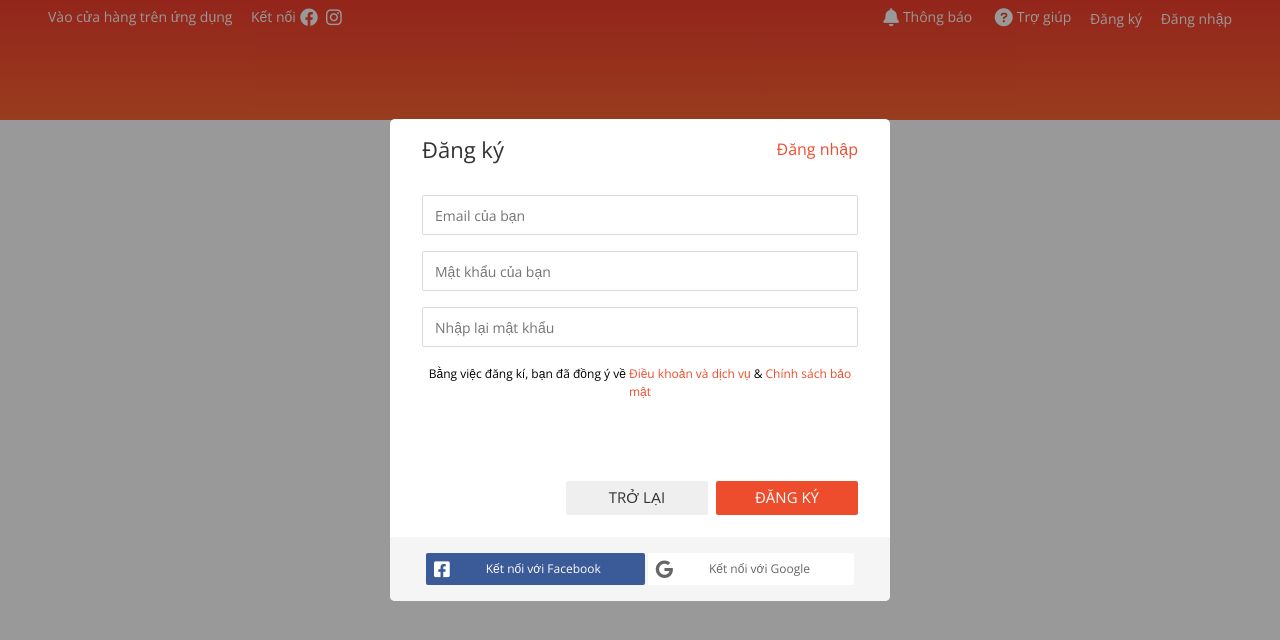
Repository: trongtamdev/Clone-Shopee-Page
Page: index.html
These files come from the project's save history. The page is drawn as it stood at one moment and after a run of saves; the edit follows.
The browser window is 1280 px wide. The pictures show the whole page.

Above is the page before, as saved 2022-07-08 22:22:40.

After the next 2 saves:
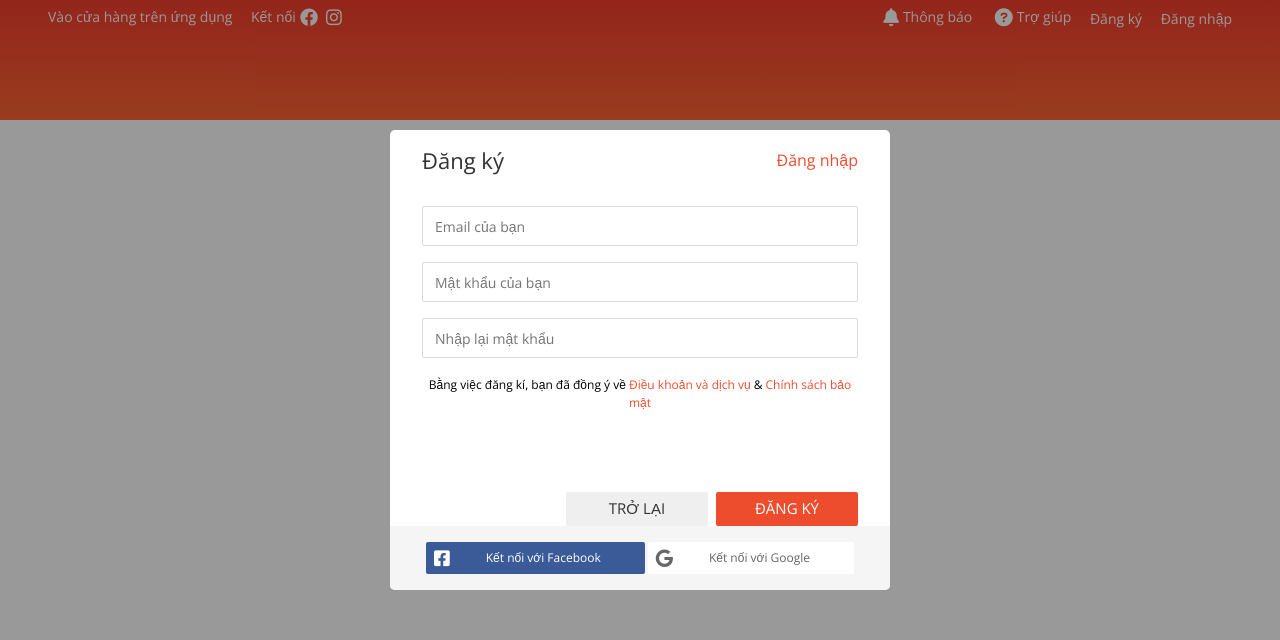
The 2 saves are shown as one change because they came seconds apart.
The last was saved 8 s later.
--- a/assets/css/main.css
+++ b/assets/css/main.css
@@ -195,7 +195,7 @@
     padding: 16px 36px;
     display: flex;
     justify-content: space-between;
-    margin-top: 22px;
+    margin-top: 0px;
 }
 
 .auth-form__socials-icon {

After the save that followed:
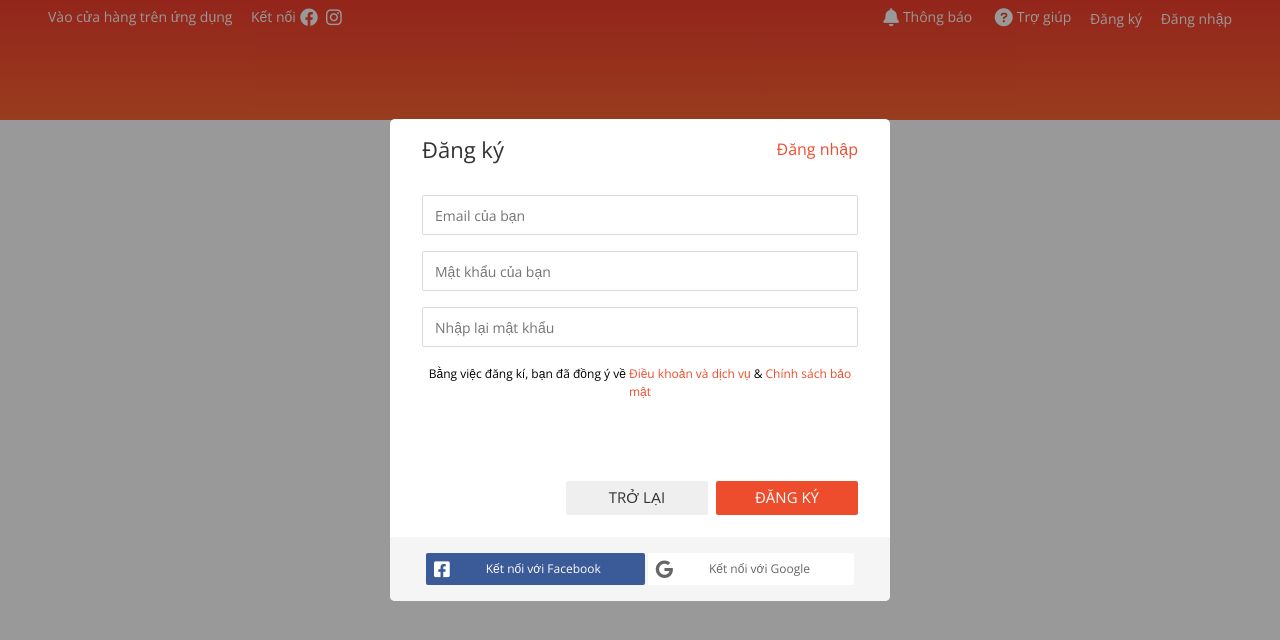
Saved 6 s later.
--- a/assets/css/main.css
+++ b/assets/css/main.css
@@ -195,7 +195,7 @@
     padding: 16px 36px;
     display: flex;
     justify-content: space-between;
-    margin-top: 0px;
+    margin-top: 22px;
 }
 
 .auth-form__socials-icon {
